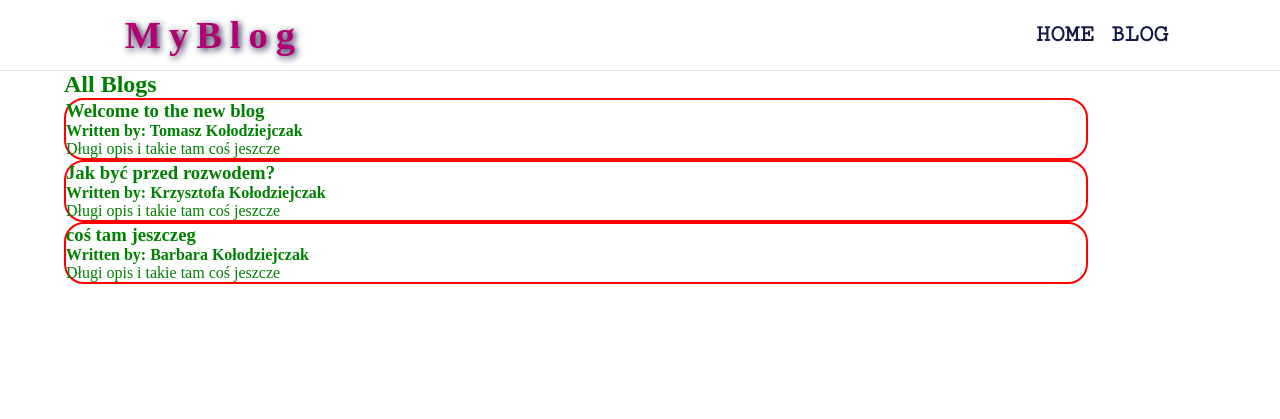
Repository: KrzysKolo/myBlog
Page: /
The author's editor kept a copy of each file at every save. The page is drawn from the files as they stood at one save, then again after the next save.
The browser window is 1280 px wide. The pictures show the whole page.
Some web fonts or font styles are not loaded; a fallback is used. The project was rebuilt for these pictures with package versions that can differ from the ones it lists, and the page was loaded fresh each time. Requests to the local data server were answered from the project's data file. Also part of the build but not shown: src/pages/Blog/Blog.css, src/pages/Blog/Blog.js, src/pages/BlogNote/BlogNote.css, src/pages/BlogNote/BlogNote.js.

Above is the page before, as saved 2021-04-27 10:38:28.

### src/App.js
import React from 'react';
import { BrowserRouter as Router, Switch, Route } from 'react-router-dom';
import { Home, Blog, BlogNote } from './pages';
import { Header } from './components';

import './App.css';

const App = () => {
  return (
    <Router>
      <main className="App">
        <Header />
        <Switch>
          <Route path="/" exact component={Home} />
          <Route path="/blog" exact component={Blog} />
          <Route path="/note/:id" exact component={BlogNote} />
        </Switch>
      </main>
    </Router>
  )
}

export default App;

### src/pages/index.js
export { default as Home } from './Home/Home';
export { default as Blog } from './Blog/Blog';
export { default as BlogNote } from './BlogNote/BlogNote';

### src/components/index.js
export { default as Header } from './Header/Header';
export { default as Navigation } from './Navigation/Navigation';

### src/App.css
* {
  box-sizing: border-box;
  margin: 0;
  padding: 0;
}
.wrapper {
  width: 90vw;
  margin: 0 auto;
  display: flex;
  flex-direction: row;
  justify-content: space-between;
  align-items: center;
}

### src/pages/Home/Home.js
import React, {useState, useEffect} from 'react';
import BlogList from '../../components/BlogList/BlogList';
import './Home.css';

const Home = () => {
	const[blogs, setBlogs] = useState(null);

	const blog = 'http://localhost:4000/posts';

	useEffect(() => {
		fetch(blog)
		.then(res =>{
			return res.json()
		})
		.then(data => {
			console.log(data);
			setBlogs(data);
		})
	}, []);

	return (
      <main className="Home">
        <section className="wrapper">
     			{blogs && <BlogList blogs={blogs} title="All Blogs"  /> }
        </section>
      </main>
    )
}

export default Home

### src/components/Header/Header.js
import React from 'react';
import Navigation from '../Navigation/Navigation';
import './Header.css';

const Header = () => {
    return (
        <header >
          <section className="wrapper" >
            <Navigation />
          </section>
        </header>
    )
}

export default Header;

### src/components/Navigation/Navigation.js
import React from 'react';
import { Link } from 'react-router-dom';
import dataMenu from './dataMenu';

import './Navigation.css';

const Navigation = () => {
    const menu = dataMenu.map(item => <Link key={item.path} to={item.path} exact={item.exact ? item.exact : false} className="link">{item.name}</Link>)
    return (
        <nav>
        	<h1>MyBlog</h1>
          <ul>
            {menu}
          </ul>
        </nav>
    )
}

export default Navigation;

### src/components/BlogList/BlogList.js
import React from 'react';
import './BlogList.css';

const BlogList = ({ blogs, title}) => {
    const blogItem = blogs.map(blog => (
        <div className="blog-preview" key={blog.id}>
            <h3>{blog.title}</h3>
            <h4>Written by: {blog.author}</h4>
            <p>{blog.body}</p>

        </div>
    ));
    return (
        <div>
            <h2>{title}</h2>
            {blogItem}
        </div>
    )
}

export default BlogList;

### src/pages/Home/Home.css
.Home {
  color: green;
}

### src/components/Header/Header.css
header {
  border-bottom: 1px solid #e5e5e5;
}

### src/components/Navigation/dataMenu.js
const dataMenu=[
    { name: 'Home', path: "/", exact: true },
    { name: 'Blog', path: "/blog"},
/*     { name: 'NoteBlog', path: "/contact"},
    { name: 'Posts', path: "/posts" }, */
];
export default dataMenu;

### src/components/Navigation/Navigation.css
@import url("https://fonts.googleapis.com/css2?family=Barrio&family=Cutive+Mono&family=Meddon&family=Princess+Sofia&family=Snowburst+One&display=swap");

/* font-family: 'Barrio', cursive;
font-family: 'Cutive Mono', monospace;
font-family: 'Meddon', cursive;
font-family: 'Princess Sofia', cursive;
font-family: 'Snowburst One', cursive; */

nav {
  display: flex;
  flex-direction: row;
  justify-content: space-between;
  align-items: center;
  width: 100%;
}

nav h1 {
  color: #b30070;
  font-family: "Princess Sofia", cursive;
  font-size: 2.4rem;
  letter-spacing: 8px;
  margin-left: 3rem;
  padding: 0.8rem;
  text-shadow: 2px 2px 7px #151a44;
}

nav ul {
  font-family: "Cutive Mono", monospace;
  font-size: 1.5rem;
  text-transform: uppercase;
  margin-right: 3rem;
}
.link {
  font-weight: 600;
  margin-left: 1rem;
  text-decoration: none;
  color: #151a44;
  transition: all 0.3s ease-in-out;
}
.link:hover {
  color: #b30070;
}

### src/components/BlogList/BlogList.css
.blog-preview {
  border: 2px solid red;
  border-radius: 20px;
  width: 80vw;
}
.blog-preview h1 {
  font-size: 1.2rem;
  color: #b30070;
  padding: 1rem;
}

### db.json
{
  "posts": [
    {
      "id": 1,
      "title": "Welcome to the new blog",
      "body": "Długi opis i takie tam coś jeszcze",
      "author": "Tomasz Kołodziejczak",
      "likes": 30
    },
    {
      "id": 2,
      "title": "Jak być przed rozwodem?",
      "body": "Długi opis i takie tam coś jeszcze",
      "author": "Krzysztofa Kołodziejczak",
      "likes": 30
    },
    {
      "id": 3,
      "title": "coś tam jeszczeg",
      "body": "Długi opis i takie tam coś jeszcze",
      "author": "Barbara Kołodziejczak",
      "likes": 5
    }
  ]
}

Loaded but not shown: public/index.html (common file); src/index.js (common file)

After the next save:
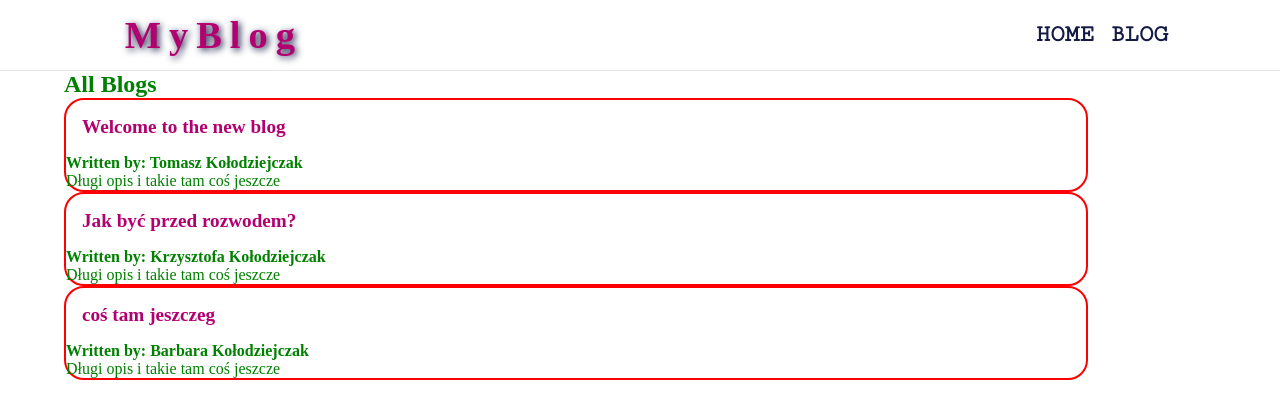
Saved 25 s later.
--- a/src/components/BlogList/BlogList.css
+++ b/src/components/BlogList/BlogList.css
@@ -3,7 +3,7 @@
   border-radius: 20px;
   width: 80vw;
 }
-.blog-preview h1 {
+.blog-preview h3 {
   font-size: 1.2rem;
   color: #b30070;
   padding: 1rem;
